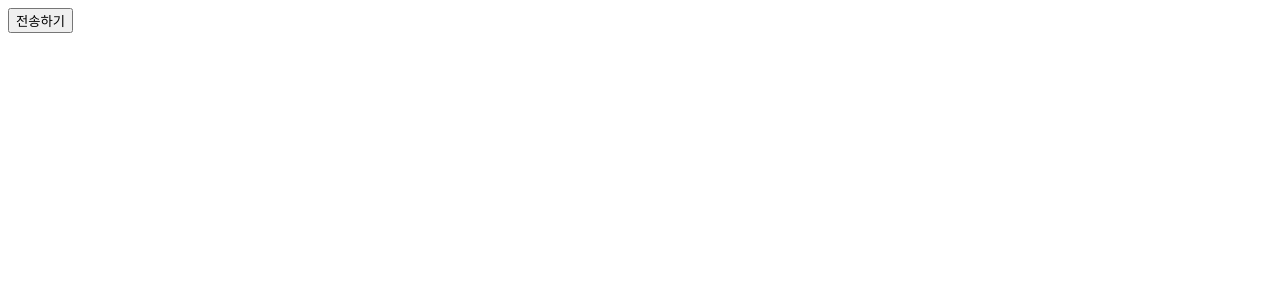
Repository: qkr5318/JSP_STUDY
Page: SIXTH_JSP/WebContent/study02/ajax2.html
These files come from the project's save history. The page is drawn as it stood at one moment and after the next save; the edit follows.
The browser window is 1280 px wide. The pictures show the whole page.

Above is the page before, as saved 2023-01-06 06:39:52.
Console error: SyntaxError: Unexpected token ')'

After the next save:
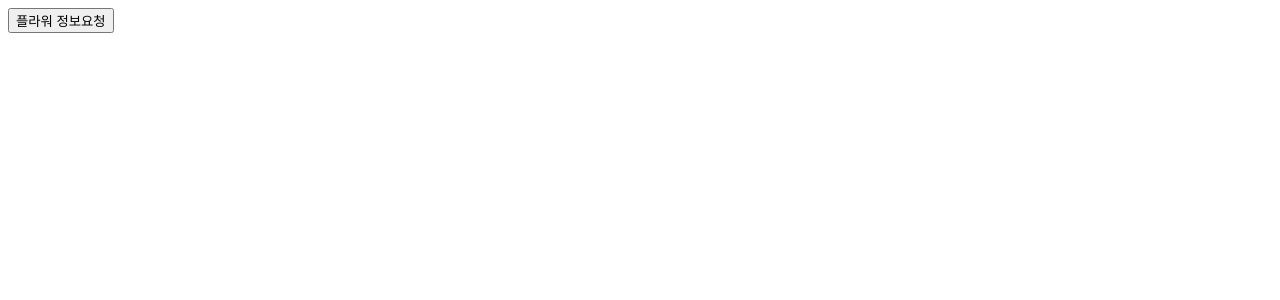
The error is gone.
Saved 88 s later.
--- a/SIXTH_JSP/WebContent/study02/ajax2.html
+++ b/SIXTH_JSP/WebContent/study02/ajax2.html
@@ -38,12 +38,10 @@
 					$("#flowerInfo").append(
 						"<p>" + title + "</p>" +
 						"<p>" + writer + "</p>" +
+						//아래 " />" 부분에서 /> 앞에 공백 필요함
+						"<img src =" + image + " />"
 					);
-				})
-
-
-
-
+				});
 			},
 			// 작업 중 오류가 발생했을 경우에 수행할 작업을 설정합니다.
 			error : function(){
@@ -61,7 +59,7 @@
 </script>
 </head>
 <body>
-	<input type="button" value="전송하기" onclick="fn_process()"/>
+	<input type="button" value="플라워 정보요청" onclick="fn_process()"/>
 	<br> <br>
 	<div id="message"></div>
 </body>
